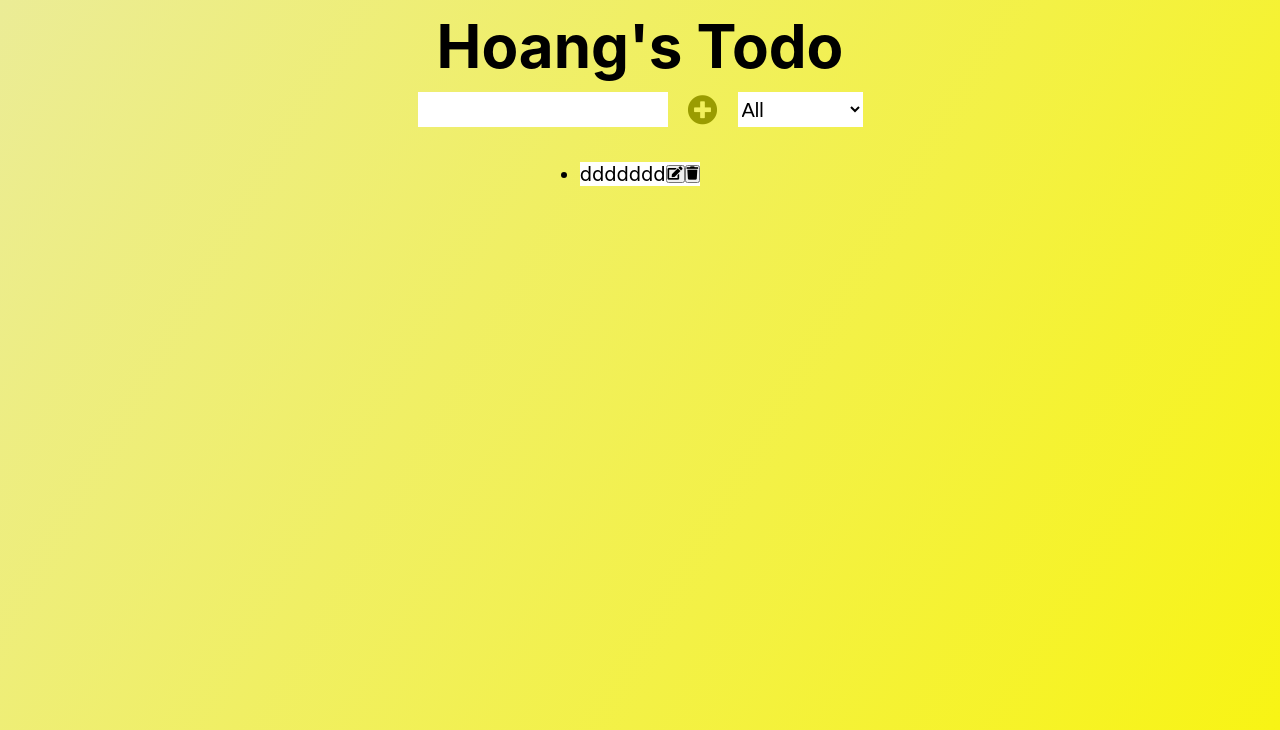
Repository: DinhHoang0607/TodoReact
Page: /
The author's editor kept a copy of each file at every save. The page is drawn from the files as they stood at one save, then again after the next save.
The browser window is 1280 px wide. The pictures show the whole page.
Some web libraries are served in a nearby version. The project was rebuilt for these pictures with package versions that can differ from the ones it lists, and the page was loaded fresh each time.

Above is the page before, as saved 2021-09-10 16:35:22.

After the next save:
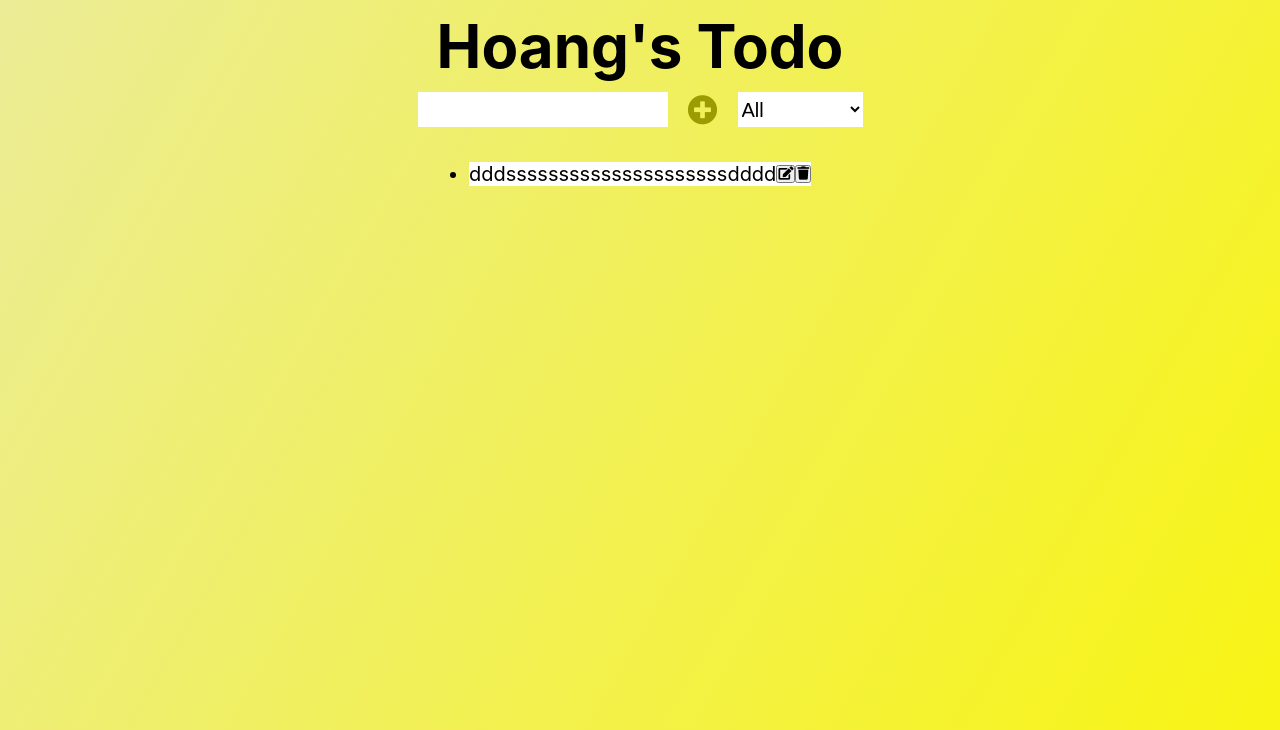
Saved 63 s later.
--- a/src/components/Item.js
+++ b/src/components/Item.js
@@ -3,7 +3,7 @@ import React from "react";
 const Item = ({ listItem }) => {
   return (
     <div className="item">
-      <li className="item__li">ddddddd</li>
+      <li className="item__li">dddsssssssssssssssssssssdddd</li>
       <button className="btn fas fa-edit"></button>
       <button className="btn fas fa-trash"></button>
     </div>
